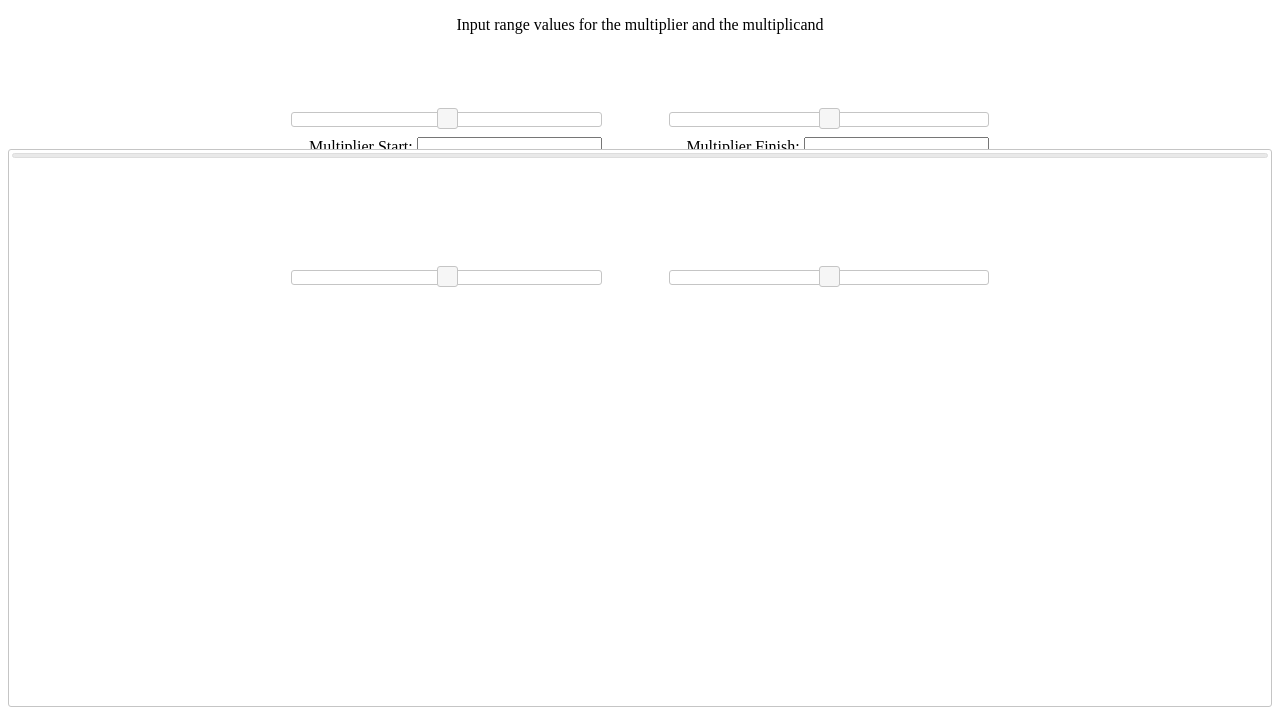
Repository: khrasna/HW4Part2
Page: index.html
The author's editor kept a copy of each file at every save. The page is drawn from the files as they stood at one save, then again after the next save.
The browser window is 1280 px wide. The pictures show the whole page.
Some web libraries are served in a nearby version.

Above is the page before, as saved 2021-11-15 16:19:42.

After the next save:
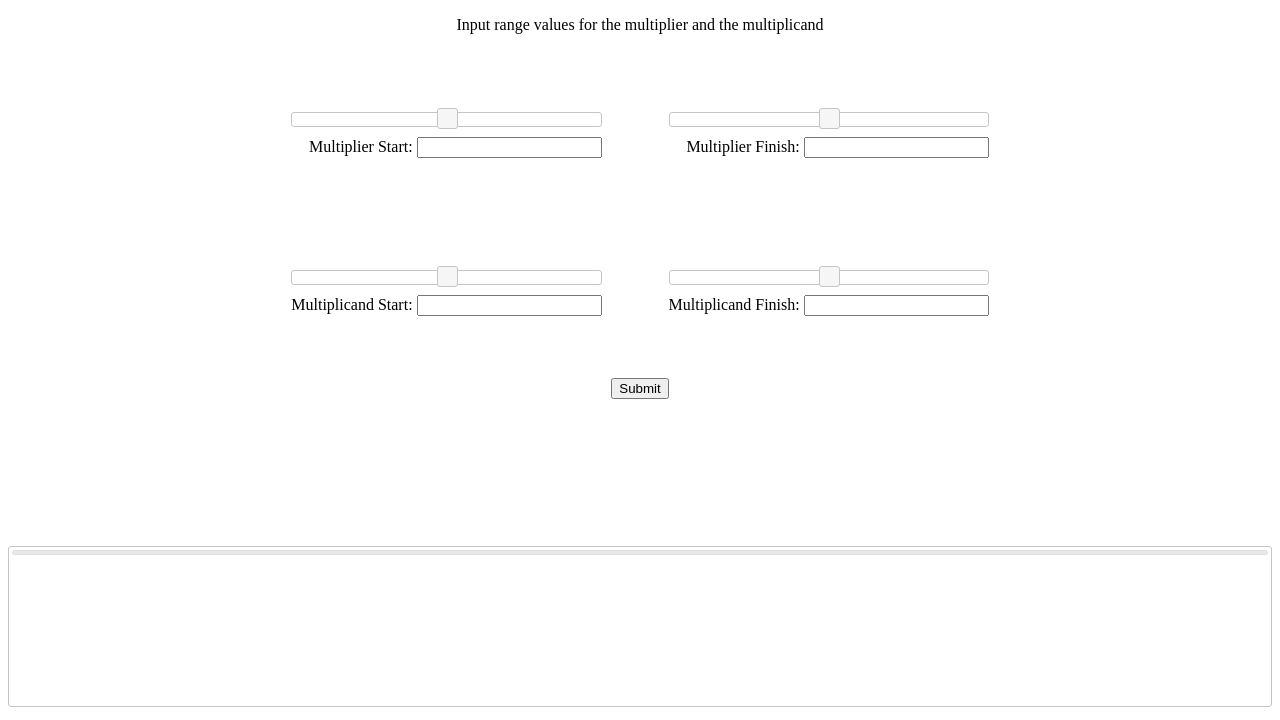
Saved 27 s later.
--- a/style.css
+++ b/style.css
@@ -17,7 +17,7 @@ div#container {
     display: grid;
     grid-template-columns: 100%;
     /* top row of grid holds the form for input, the rest of page holds the multiplication table*/
-    grid-template-rows: minmax(90px, 15%) auto;
+    grid-template-rows: auto;
     height: 97%;
 
 }
